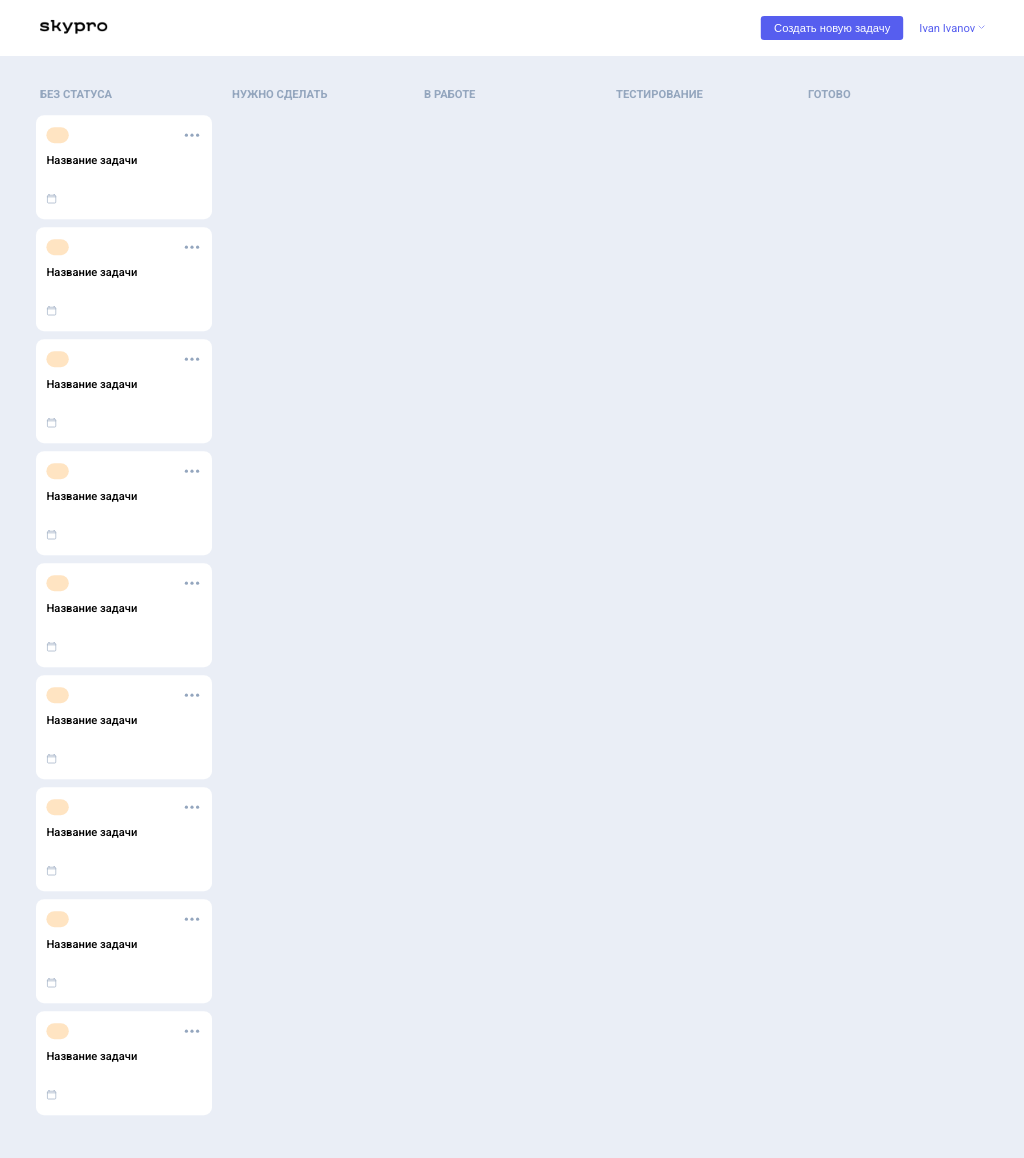
Repository: Olchik-resh/skypro-kanban
Page: /
The author's editor kept a copy of each file at every save. The page is drawn from the files as they stood at one save, then again after a run of saves.
The browser window is 1280 px wide. The pictures show the whole page, at 80% of full size.
The project was rebuilt for these pictures with package versions that can differ from the ones it lists, and the page was loaded fresh each time. Also part of the build but not shown: vite.config.js.

Above is the page before, as saved 2025-07-27 13:55:40.

### index.html
<!doctype html>
<html lang="">
  <head>
    <meta charset="UTF-8" />
    <link rel="icon" href="/public/favicon.ico" />
    <meta name="viewport" content="width=device-width, initial-scale=1.0" />
    <link rel="preconnect" href="https://fonts.googleapis.com" />
    <link rel="preconnect" href="https://fonts.gstatic.com" crossorigin />
    <link
      href="https://fonts.googleapis.com/css2?family=Roboto+Flex:opsz,wght@8..144,200;8..144,300;8..144,400;8..144,700;8..144,800;8..144,900&family=Roboto:wght@400;500;700&display=swap"
      rel="stylesheet"
    />
    <title>Skypro</title>
  </head>
  <body>
    <div id="app"></div>
    <script type="module" src="/src/main.js"></script>
  </body>
</html>

### src/components/BaseHeader.vue
<template>
  <header class="header">
    <div class="container">
      <div class="header__block">
        <div class="header__logo _show _light">
          <a href="" target="_self"><img src="/src/assets/images/logo.png" alt="logo" /></a>
        </div>
        <div class="header__logo _dark">
          <a href="" target="_self"><img src="/src/assets/images/logo_dark.png" alt="logo" /></a>
        </div>
        <nav class="header__nav">
          <button class="header__btn-main-new _hover01" id="btnMainNew">
            <a href="#popNewCard">Создать новую задачу</a>
          </button>
          <UserModal />
        </nav>
      </div>
    </div>
  </header>
</template>

<script setup>
import UserModal from './UserModal.vue'
</script>

<style lang="scss" scoped></style>

### src/components/ExitModal.vue
<template>
  <div class="pop-exit__container">
    <div class="pop-exit__block">
      <div class="pop-exit__ttl">
        <h2>Выйти из аккаунта?</h2>
      </div>
      <form class="pop-exit__form" id="formExit" action="#">
        <div class="pop-exit__form-group">
          <button class="pop-exit__exit-yes _hover01" id="exitYes">
            <a href="modal/signin.html">Да, выйти</a>
          </button>
          <button class="pop-exit__exit-no _hover03" id="exitNo">
            <a href="main.html">Нет, остаться</a>
          </button>
        </div>
      </form>
    </div>
  </div>
</template>

<script setup></script>

<style lang="scss" scoped></style>

### src/components/NewCardModal.vue
<template>
  <div class="pop-new-card__container">
    <div class="pop-new-card__block">
      <div class="pop-new-card__content">
        <h3 class="pop-new-card__ttl">Создание задачи</h3>
        <a href="#" class="pop-new-card__close">&#10006;</a>
        <div class="pop-new-card__wrap">
          <form class="pop-new-card__form form-new" id="formNewCard" action="#">
            <div class="form-new__block">
              <label for="formTitle" class="subttl">Название задачи</label>
              <input
                class="form-new__input"
                type="text"
                name="name"
                id="formTitle"
                placeholder="Введите название задачи..."
                autofocus
              />
            </div>
            <div class="form-new__block">
              <label for="textArea" class="subttl">Описание задачи</label>
              <textarea
                class="form-new__area"
                name="text"
                id="textArea"
                placeholder="Введите описание задачи..."
              ></textarea>
            </div>
          </form>
          <div class="pop-new-card__calendar calendar">
            <p class="calendar__ttl subttl">Даты</p>
            <div class="calendar__block">
              <div class="calendar__nav">
                <div class="calendar__month">Сентябрь 2023</div>
                <div class="nav__actions">
                  <div class="nav__action" data-action="prev">
                    <svg
                      xmlns="http://www.w3.org/2000/svg"
                      width="6"
                      height="11"
                      viewBox="0 0 6 11"
                    >
                      <path
                        d="M5.72945 1.95273C6.09018 1.62041 6.09018 1.0833 5.72945 0.750969C5.36622 0.416344 4.7754 0.416344 4.41218 0.750969L0.528487 4.32883C-0.176162 4.97799 -0.176162 6.02201 0.528487 6.67117L4.41217 10.249C4.7754 10.5837 5.36622 10.5837 5.72945 10.249C6.09018 9.9167 6.09018 9.37959 5.72945 9.04727L1.87897 5.5L5.72945 1.95273Z"
                      />
                    </svg>
                  </div>
                  <div class="nav__action" data-action="next">
                    <svg
                      xmlns="http://www.w3.org/2000/svg"
                      width="6"
                      height="11"
                      viewBox="0 0 6 11"
                    >
                      <path
                        d="M0.27055 9.04727C-0.0901833 9.37959 -0.0901832 9.9167 0.27055 10.249C0.633779 10.5837 1.2246 10.5837 1.58783 10.249L5.47151 6.67117C6.17616 6.02201 6.17616 4.97799 5.47151 4.32883L1.58782 0.75097C1.2246 0.416344 0.633778 0.416344 0.270549 0.75097C-0.0901831 1.0833 -0.090184 1.62041 0.270549 1.95273L4.12103 5.5L0.27055 9.04727Z"
                      />
                    </svg>
                  </div>
                </div>
              </div>
              <div class="calendar__content">
                <div class="calendar__days-names">
                  <div class="calendar__day-name">пн</div>
                  <div class="calendar__day-name">вт</div>
                  <div class="calendar__day-name">ср</div>
                  <div class="calendar__day-name">чт</div>
                  <div class="calendar__day-name">пт</div>
                  <div class="calendar__day-name -weekend-">сб</div>
                  <div class="calendar__day-name -weekend-">вс</div>
                </div>
                <div class="calendar__cells">
                  <div class="calendar__cell _other-month">28</div>
                  <div class="calendar__cell _other-month">29</div>
                  <div class="calendar__cell _other-month">30</div>
                  <div class="calendar__cell _cell-day">31</div>
                  <div class="calendar__cell _cell-day">1</div>
                  <div class="calendar__cell _cell-day _weekend">2</div>
                  <div class="calendar__cell _cell-day _weekend">3</div>
                  <div class="calendar__cell _cell-day">4</div>
                  <div class="calendar__cell _cell-day">5</div>
                  <div class="calendar__cell _cell-day">6</div>
                  <div class="calendar__cell _cell-day">7</div>
                  <div class="calendar__cell _cell-day _current">8</div>
                  <div class="calendar__cell _cell-day _weekend">9</div>
                  <div class="calendar__cell _cell-day _weekend">10</div>
                  <div class="calendar__cell _cell-day">11</div>
                  <div class="calendar__cell _cell-day">12</div>
                  <div class="calendar__cell _cell-day">13</div>
                  <div class="calendar__cell _cell-day">14</div>
                  <div class="calendar__cell _cell-day">15</div>
                  <div class="calendar__cell _cell-day _weekend">16</div>
                  <div class="calendar__cell _cell-day _weekend">17</div>
                  <div class="calendar__cell _cell-day">18</div>
                  <div class="calendar__cell _cell-day">19</div>
                  <div class="calendar__cell _cell-day">20</div>
                  <div class="calendar__cell _cell-day">21</div>
                  <div class="calendar__cell _cell-day">22</div>
                  <div class="calendar__cell _cell-day _weekend">23</div>
                  <div class="calendar__cell _cell-day _weekend">24</div>
                  <div class="calendar__cell _cell-day">25</div>
                  <div class="calendar__cell _cell-day">26</div>
                  <div class="calendar__cell _cell-day">27</div>
                  <div class="calendar__cell _cell-day">28</div>
                  <div class="calendar__cell _cell-day">29</div>
                  <div class="calendar__cell _cell-day _weekend">30</div>
                  <div class="calendar__cell _other-month _weekend">1</div>
                </div>
              </div>

              <input type="hidden" id="datepick_value" value="08.09.2023" />
              <div class="calendar__period">
                <p class="calendar__p date-end">
                  Выберите срок исполнения <span class="date-control"></span>.
                </p>
              </div>
            </div>
          </div>
        </div>
        <div class="pop-new-card__categories categories">
          <p class="categories__p subttl">Категория</p>
          <div class="categories__themes">
            <div class="categories__theme _orange _active-category">
              <p class="_orange">Web Design</p>
            </div>
            <div class="categories__theme _green">
              <p class="_green">Research</p>
            </div>
            <div class="categories__theme _purple">
              <p class="_purple">Copywriting</p>
            </div>
          </div>
        </div>
        <button class="form-new__create _hover01" id="btnCreate">Создать задачу</button>
      </div>
    </div>
  </div>
</template>

<script setup></script>

<style lang="scss" scoped></style>

### src/components/TaskDesk.vue
<template>
  <main class="main">
    <div class="container">
      <div class="main__block">
        <div class="main__content">
          <TaskColumn :tasks="noStatusTask" title="Без статуса" />
          <TaskColumn :tasks="doStatusTask" title="Нужно сделать" />
          <TaskColumn :tasks="workStatusTask" title="В работе" />
          <TaskColumn :tasks="testStatusTask" title="Тестирование" />
          <TaskColumn :tasks="readyStatusTask" title="Готово" />
        </div>
      </div>
    </div>
  </main>
</template>

<script setup>
import { computed, onMounted, ref } from 'vue'
import TaskColumn from './TaskColumn.vue'
import { getTasks } from './mokcs/tasks.js'
const tasks = ref([])
const noStatusTask = computed(() => {
  return tasks.value.filter((el) => {
    return el.status === 'Без статуса'
  })
})
const doStatusTask = computed(() => {
  return tasks.value.filter((el) => {
    return el.status === 'Нужно сделать'
  })
})
const workStatusTask = computed(() => {
  return tasks.value.filter((el) => {
    return el.status === 'В работе'
  })
})
const testStatusTask = computed(() => {
  return tasks.value.filter((el) => {
    return el.status === 'Тестирование'
  })
})
const readyStatusTask = computed(() => {
  return tasks.value.filter((el) => {
    return el.status === 'Готово'
  })
})
onMounted(() => {
  tasks.value = getTasks()
})
</script>

<style lang="scss" scoped></style>

### src/components/UserModal.vue
<template>
  <a
    href="#user-set-target"
    class="header__user _hover02"
    @click="isUserModalVisible = !isUserModalVisible"
    >Ivan Ivanov</a
  >
  <div class="header__pop-user-set pop-user-set" id="user-set-target" v-if="!isUserModalVisible">
    <p class="pop-user-set__name">Ivan Ivanov</p>
    <p class="pop-user-set__mail">ivan.ivanov@gmail.com</p>
    <div class="pop-user-set__theme">
      <p>Темная тема</p>
      <input type="checkbox" class="checkbox" name="checkbox" />
    </div>
    <button type="button" class="_hover03"><a href="#popExit">Выйти</a></button>
  </div>
</template>

<script setup>
import { ref } from 'vue'
const isUserModalVisible = ref(true)
</script>

<style lang="scss" scoped></style>

### src/components/TaskColumn.vue
<template>
  <div class="main__column column">
    <div class="column__title">
      <p>{{ title }}</p>
    </div>
    <TaskCard v-for="task in tasks" :key="task.id" :title="task.title" :status="task.status" />
  </div>
</template>

<script setup>
import TaskCard from './TaskCard.vue'

defineProps({
  tasks: { type: Array, require: true },
  title: { type: String, require: true },
})
</script>

<style lang="scss" scoped></style>

### src/components/TaskCard.vue
<template>
  <div class="cards" v-for="task in tasks" :key="task.id">
    <div class="cards__item">
      <div class="cards__card card">
        <div class="card__group">
          <div class="card__theme _orange">
            <p class="_orange">{{ topic }}</p>
          </div>
          <a href="#popBrowse" target="_self">
            <div class="card__btn">
              <div></div>
              <div></div>
              <div></div>
            </div>
          </a>
        </div>
        <div class="card__content">
          <a href="" target="_blank">
            <h3 class="card__title">{{ title }}</h3>
          </a>
          <div class="card__date">
            <svg
              xmlns="http://www.w3.org/2000/svg"
              width="13"
              height="13"
              viewBox="0 0 13 13"
              fill="none"
            >
              <g clip-path="url(#clip0_1_415)">
                <path
                  d="M10.5625 2.03125H2.4375C1.7644 2.03125 1.21875 2.5769 1.21875 3.25V10.5625C1.21875 11.2356 1.7644 11.7812 2.4375 11.7812H10.5625C11.2356 11.7812 11.7812 11.2356 11.7812 10.5625V3.25C11.7812 2.5769 11.2356 2.03125 10.5625 2.03125Z"
                  stroke="#94A6BE"
                  stroke-width="0.8"
                  stroke-linejoin="round"
                />
                <path
                  d="M11.7812 4.0625H1.21875M3.25 1.21875V2.03125V1.21875ZM9.75 1.21875V2.03125V1.21875Z"
                  stroke="#94A6BE"
                  stroke-width="0.8"
                  stroke-linecap="round"
                  stroke-linejoin="round"
                />
              </g>
              <defs>
                <clipPath id="clip0_1_415">
                  <rect width="13" height="13" fill="white" />
                </clipPath>
              </defs>
            </svg>
            <p>{{ date }}</p>
          </div>
        </div>
      </div>
    </div>
  </div>
</template>

<script setup>
import { getTasks } from './mokcs/tasks.js'
import { onMounted, ref } from 'vue'
const tasks = ref([])
onMounted(() => {
  tasks.value = getTasks()
});
defineProps({
  id: String,
  topic: String,
  title: String,
  date: String,
  status: String,
})
</script>

<style lang="scss" scoped></style>

Loaded but not shown: src/App.vue (common file); src/router/index.js (common file); src/components/mokcs/tasks.js (15 lines, source omitted); src/main.js (8 lines, source omitted); src/assets/css/main.css (1107 lines, source omitted); src/views/HomeView.vue (200 lines, source omitted)

After the next 2 saves:
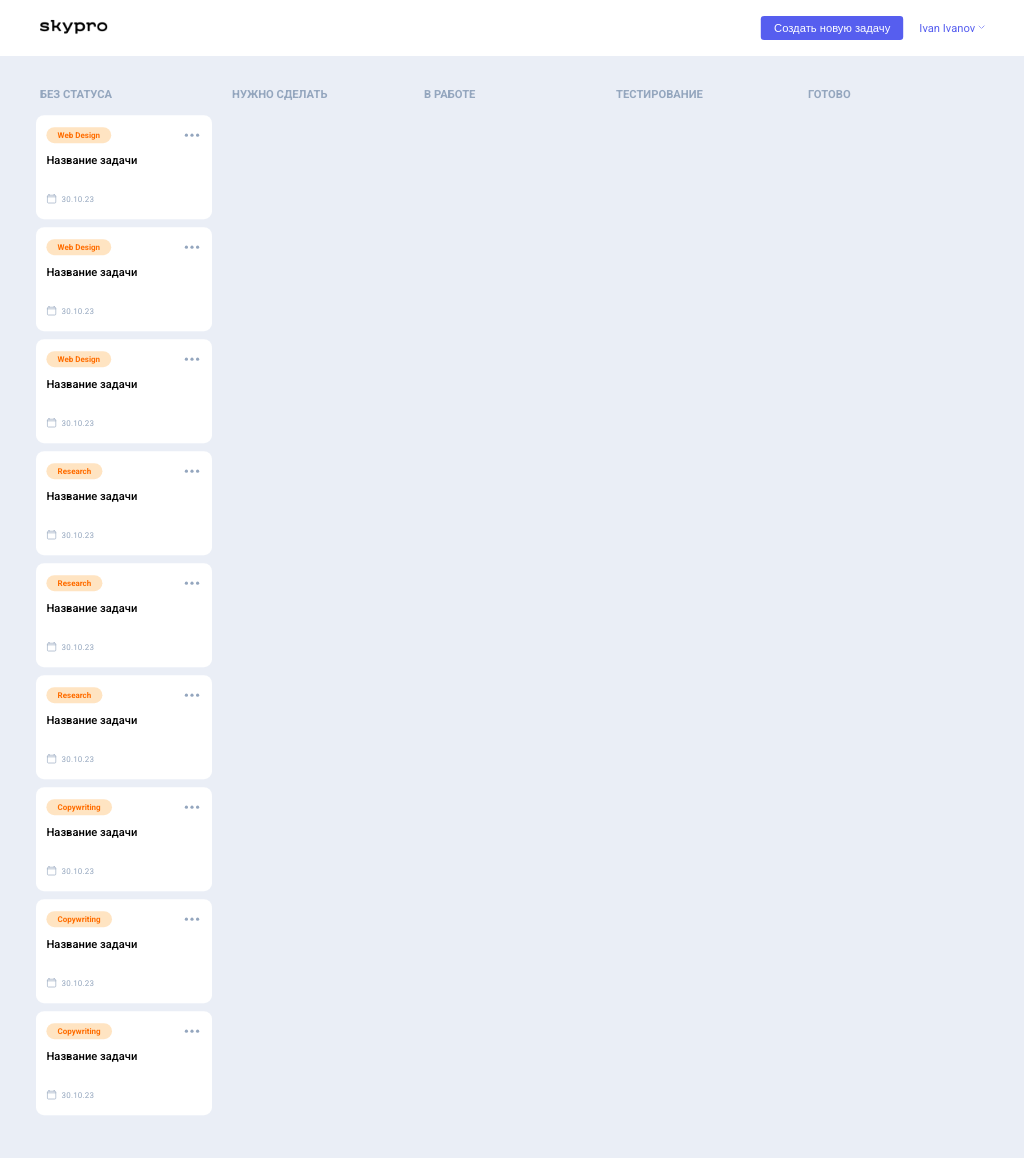
The 2 saves are shown as one change because they came seconds apart.
The last was saved 4 min 46 s later.
--- a/src/components/TaskColumn.vue
+++ b/src/components/TaskColumn.vue
@@ -3,7 +3,14 @@
     <div class="column__title">
       <p>{{ title }}</p>
     </div>
-    <TaskCard v-for="task in tasks" :key="task.id" :title="task.title" :status="task.status" />
+    <TaskCard
+      v-for="task in tasks"
+      :key="task.id"
+      :title="task.title"
+      :status="task.status"
+      :topic="task.topic"
+      :date="task.date"
+    />
   </div>
 </template>
 
